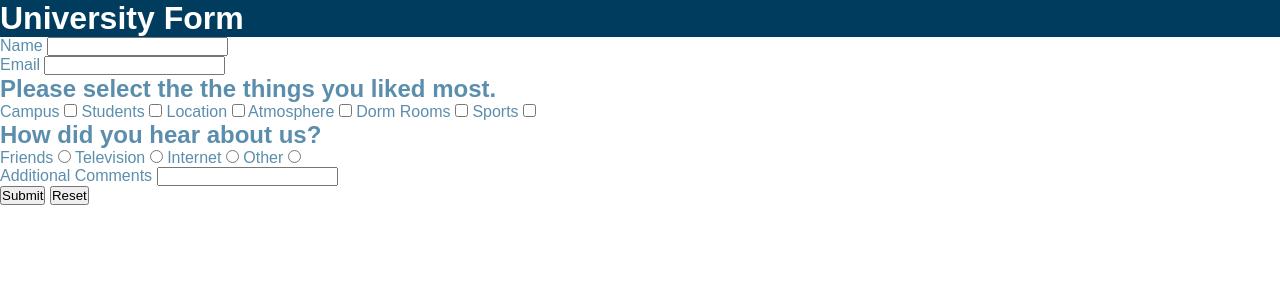
Repository: mlmEFSC21/P2-University-Form
Page: index.html
These files come from the project's save history. The page is drawn as it stood at one moment and after the next save; the edit follows.
The browser window is 1280 px wide. The pictures show the whole page.
Some web fonts or font styles are not loaded; a fallback is used.

Above is the page before, as saved 2022-01-29 16:01:30.

After the next save:
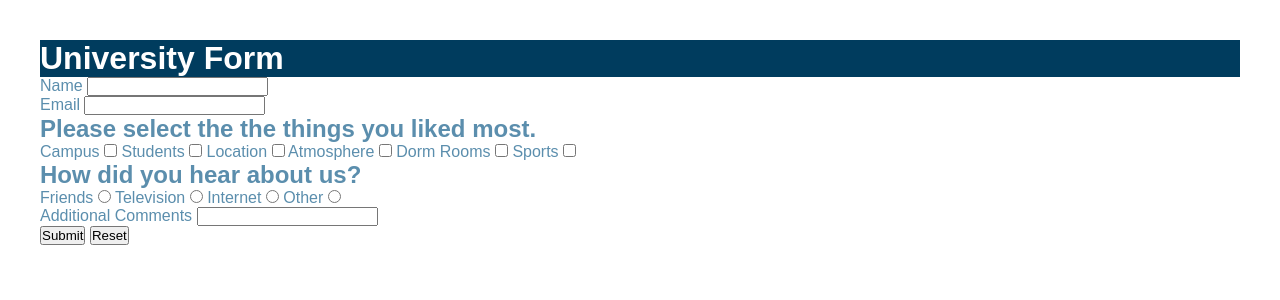
Saved 65 min 54 s later.
--- a/uniFormStyles.css
+++ b/uniFormStyles.css
@@ -6,6 +6,8 @@
     box-sizing: border-box;
 }
 body {
+    margin: 1.5em;
+    padding: 1em;
     background-color: #ffffff;
     font-family: "Spectral", sans-serif;
     color: #5b8ead;
